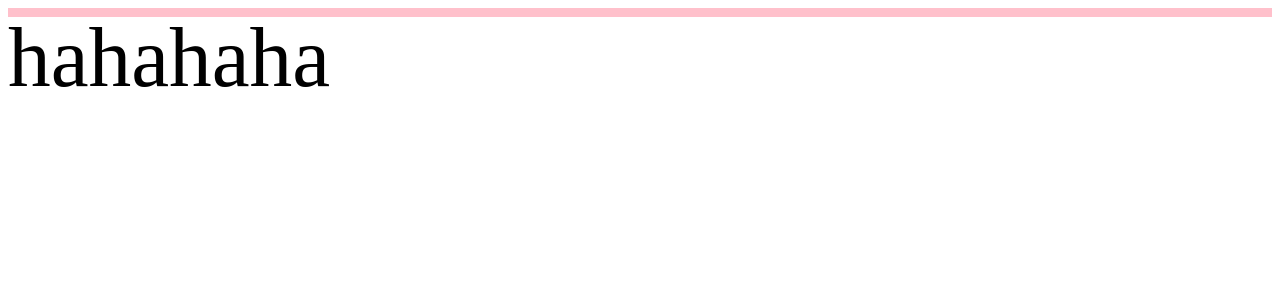
Repository: LumiereXyloto/javascript-data-structure
Page: 实现指定效果/rem.html
These files come from the project's save history. The page is drawn as it stood at one moment and after the next save; the edit follows.
The browser window is 1280 px wide. The pictures show the whole page.

Above is the page before, as saved 2020-02-25 00:41:50.

### 实现指定效果/rem.html
<!DOCTYPE html>
<html lang="en">
<head>
  <meta charset="UTF-8">
  <meta name='viewport' content='width=device-width,initial-scale=1,user-scale=no' />
  <title>Document</title>
  <style>
    .myDiv {
      width: 100%;
      height: .1rem;
      background-color: pink;
    }
  </style>
</head>
<body>
  <div class="myDiv">hahahaha</div>
  <script>
    // 假设设计图 750px，1rem 就是设计图中的 50px
    function changeRootFontSize() {
      document.documentElement.style.fontSize = document.documentElement.clientWidth / 15 + 'px';
    }
    window.addEventListener('resize', changeRootFontSize)
    changeRootFontSize()
  </script>
</body>
</html>

After the next save:
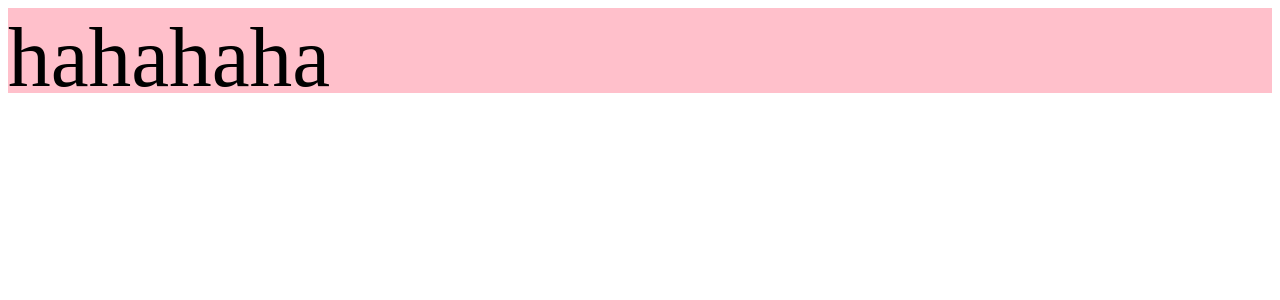
Saved 29 s later.
--- a/实现指定效果/rem.html
+++ b/实现指定效果/rem.html
@@ -7,7 +7,7 @@
   <style>
     .myDiv {
       width: 100%;
-      height: .1rem;
+      height: 1rem;
       background-color: pink;
     }
   </style>
